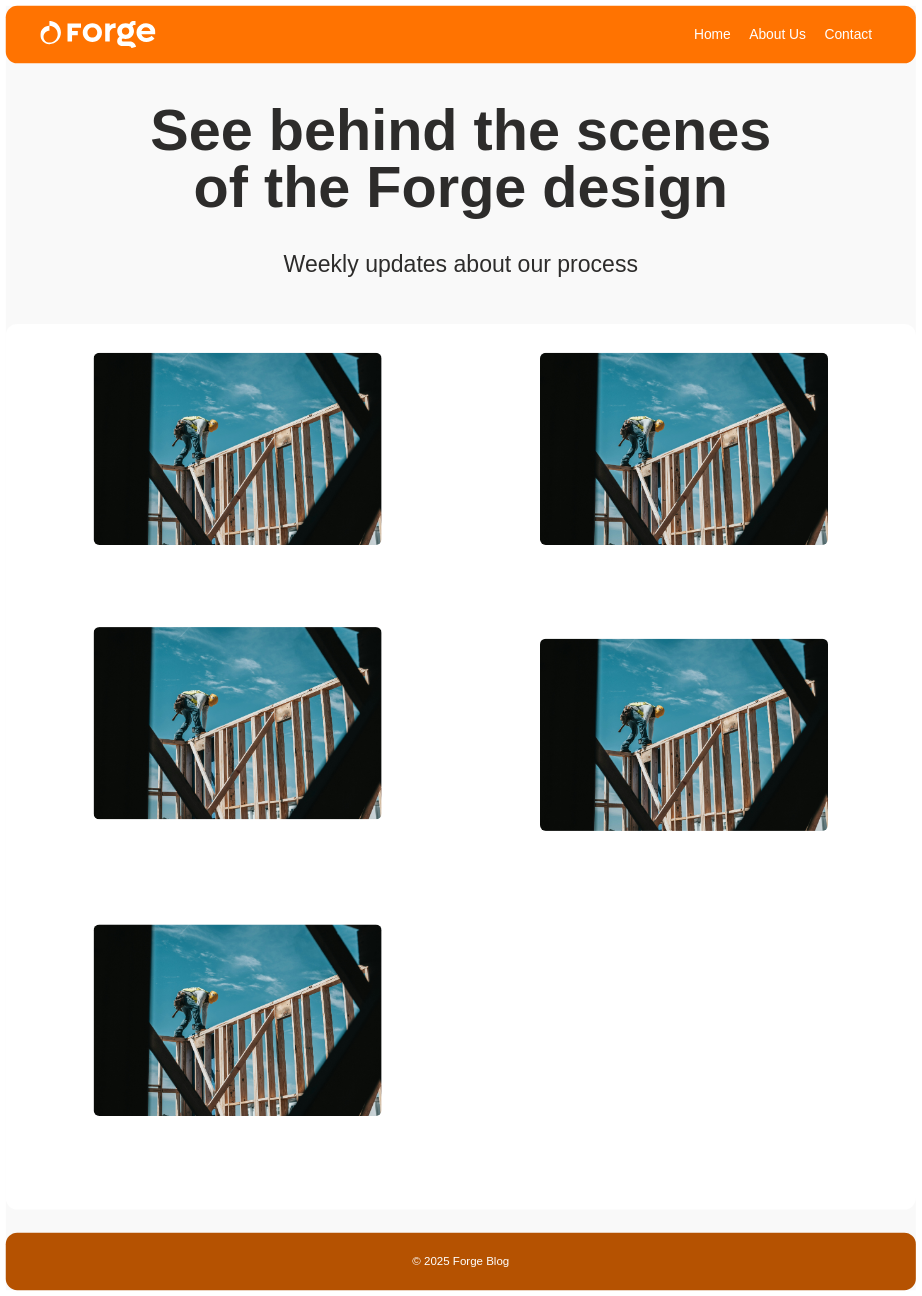
Repository: Forge-IDSP/Blog
Page: /
These files come from the project's save history. The page is drawn as it stood at one moment and after the next save; the edit follows.
The browser window is 1280 px wide. The pictures show the whole page, at 72% of full size.
The project was rebuilt for these pictures with package versions that can differ from the ones it lists, and the page was loaded fresh each time. Also part of the build but not shown: vite.config.js, src/index.css, src/pages/blogpost.module.css, src/pages/week1.jsx, src/pages/week2.jsx, src/pages/week3.jsx, src/pages/week4.jsx, src/pages/week5.jsx and 4 more.

Above is the page before, as saved 2025-10-27 13:04:44.

### index.html
<!DOCTYPE html>
<html lang="en">
    <head>
        <meta charset="UTF-8" />
        <link
            rel="icon"
            type="image/svg+xml"
            href="/vite.svg" />
        <meta
            name="viewport"
            content="width=device-width, initial-scale=1.0" />
        <title>Forge Blog</title>
    </head>
    <body>
        <div id="root"></div>
        <script
            type="module"
            src="/src/main.jsx"></script>
    </body>
</html>

### src/App.jsx
import { BrowserRouter as Router, Routes, Route } from "react-router-dom";
import Home from "./pages/home.jsx";
import Week1 from "./pages/week1.jsx";
import Week2 from "./pages/week2.jsx";
import Week3 from "./pages/week3.jsx";
import Week4 from "./pages/week4.jsx";
import Week5 from "./pages/week5.jsx";
import AboutUs from "./pages/aboutUs.jsx";
import ContactUs from "./pages/contactUs.jsx";

export default function App() {
    return (
        <Router>
            <Routes>
                <Route
                    path='/'
                    element={<Home />}
                />
                <Route
                    path='/week1'
                    element={<Week1 />}
                />
                <Route
                    path='/week2'
                    element={<Week2 />}
                />
                <Route
                    path='/week3'
                    element={<Week3 />}
                />
                <Route
                    path='/week4'
                    element={<Week4 />}
                />
                <Route
                    path='/week5'
                    element={<Week5 />}
                />
                <Route
                    path='/aboutUs'
                    element={<AboutUs />}
                />
                <Route
                    path='/contactUs'
                    element={<ContactUs />}
                />
            </Routes>
        </Router>
    );
}

### src/pages/home.jsx
import Header from "../ui/header/header.jsx";
import Card from "../ui/card/card.jsx";
import Footer from "../ui/footer/footer.jsx";
import cardcontent from "../data/cardcontent.json";

export default function Home() {
    return (
        <div className='page'>
            <Header />
            <h1 className='title'>
                See behind the scenes
                <br /> of the Forge design
            </h1>
            <p className='subtitle'>Weekly updates about our process</p>

            <div className='post_container'>
                {cardcontent.map((item) => (
                    <Card
                        key={item.id}
                        title={item.title}
                        image={item.image}
                        text={item.text}
                        link={item.link}
                    />
                ))}
            </div>

            <Footer />
        </div>
    );
}

### src/ui/header/header.jsx
import style from "./header.module.css";
import { Link } from "react-router-dom";

function Header() {
    return (
        <div className={style.header}>
            <img
                src='/forge-logo.svg'
                alt='Forge Logo'
                className={style.logo}></img>
            <nav className={style.menu}>
                <a
                    className={style.menu_item}
                    href='/'>
                    Home
                </a>
                <Link
                    className={style.menu_item}
                    to='/AboutUs'>
                    About Us
                </Link>

                <Link
                    to='/ContactUs'
                    className={style.menu_item}>
                    Contact
                </Link>
            </nav>
        </div>
    );
}

export default Header;

### src/ui/card/card.jsx
import { Link } from "react-router-dom";
import styles from "./card.module.css";

export default function Card({ title, image, text, link }) {
    return (
        <Link
            to={link}
            className={styles.card}>
            <img
                className={styles.card_image}
                src={image}
                alt={title}
            />
            <h2 className={styles.card_title}>{title}</h2>
            <p className={styles.card_week}>{text}</p>
        </Link>
    );
}

### src/ui/footer/footer.jsx
import styles from "./footer.module.css";

function Footer() {
    const currentYear = new Date().getFullYear();

    return (
        <footer className={styles.footer}>
            <p className={styles.footer__text}>© {currentYear} Forge Blog</p>
        </footer>
    );
}

export default Footer;

### src/data/cardcontent.json
[
    {
        "id": "week1",
        "title": "First Look at Forge",
        "image": "/blog-image1.jpg",
        "text": "Week 1",
        "link": "/week1"
    },
    {
        "id": "week2",
        "title": "ConnectHer and Forge",
        "image": "/blog-image1.jpg",
        "text": "Week 2",
        "link": "/week2"
    },
    {
        "id": "week3",
        "title": "Competitive Analysis and Development Framework",
        "image": "/blog-image1.jpg",
        "text": "Week 3",
        "link": "/week3"
    },
    {
        "id": "week4",
        "title": "Advising and Re-Ideation ",
        "image": "/blog-image1.jpg",
        "text": "Week 4",
        "link": "/week4"
    },
    {
        "id": "week5",
        "title": "User Research , Development Framework and Wireframing ",
        "image": "/blog-image1.jpg",
        "text": "Week 5",
        "link": "/week5"
    }
]

### src/App.css
#root {
    /* ----- COLORS ----- */
    --primary-50: #fff1e6;
    --primary-100: #ffd4b0;
    --primary-200: #ffbf8a;
    --primary-300: #ffa155;
    --primary-400: #ff8f34;
    --primary-500: #ff7301;
    --primary-600: #e86901;
    --primary-700: #b55201;
    --primary-800: #8c3f01;
    --primary-900: #6b3000;

    --secondary-50: #eefae6;
    --secondary-100: #cbefb1;
    --secondary-200: #b2e88b;
    --secondary-300: #8fdd55;
    --secondary-400: #79d635;
    --secondary-500: #58cc02;
    --secondary-600: #50ba02;
    --secondary-700: #3e9101;
    --secondary-800: #86967a;
    --secondary-900: #255601;

    /* -- neutral colors -- */

    --offwhite-500: #f9f9f9;
    --white: #ffffff;
    --black-50: #eaeaea;
    --black-100: #bebebd;
    --black-200: #9e9e9d;
    --black-300: #727271;
    --black-400: #575655;
    --black-500: #2d2c2b;

    /* ----- FONT -----  */
    --font-family: "Nunito Sans", sans-serif;
}

.root {
    background-color: var(--offwhite-500);
}
.page {
    margin: 0 auto;
    padding: 1rem;
    text-align: center;
    height: 100%;
    margin: 0;
    padding: 0;
    background-color: var(--offwhite-500);
    display: flex;
    flex-direction: column;
    font-family: var(--font-family);
}

.title {
    font-size: 5rem;
    color: var(--black-500);
    line-height: 5rem;
    margin-bottom: 1rem;
}

.subtitle {
    font-size: 2rem;
    color: var(--black-500);
}

.post_container {
    display: grid;
    grid-template-columns: repeat(3, 1fr);
    gap: 2rem;
    background-color: var(--white);
    padding: 3rem;
    border-radius: 16px;
    align-items: center;
    justify-content: center;
    justify-items: center;
    margin-bottom: 2rem;
    margin-top: 2rem;
}

/* Tablet: 2 columns */
@media (max-width: 1300px) {
    .post_container {
        grid-template-columns: repeat(2, 1fr);
        padding: 1.5rem;
        gap: 1.5rem;
    }
}

/* Mobile: 1 column */
@media (max-width: 600px) {
    .post_container {
        grid-template-columns: 1fr;
        padding: 1rem;
        gap: 1rem;
    }
}

### src/ui/header/header.module.css
.header {
    background-color: var(--primary-500);
    display: flex;
    justify-content: space-between;
    align-items: center;
    padding: 1rem 3rem;
    border-radius: 16px;
}

.logo {
    width: 10rem;
}

.menu {
    display: flex;
    gap: rem;
}

.menu_item {
    font-size: 1.2rem;
    text-decoration: none;
    color: var(--white);
    font-family: var(--font-family);
    padding: 0.8rem;
}

.menu_item:hover {
    font-weight: bold;
    padding: 0.8rem;
    border-radius: 8px;
}

### src/ui/card/card.module.css
.card {
    background-color: var(--grey);
    padding: 1rem;
    border-radius: 16px;
    display: flex;
    flex-direction: column;
    align-items: start;
    width: 400px;
    text-decoration: none;
}

.card:hover {
    transform: scale(1.03);
    background-color: var(--color-primary-dark);
}

.card_image {
    width: 400px;
    height: auto;
    border-radius: 8px;
    margin-bottom: 8px;
}

.card_title {
    font-size: 28px;
    text-align: start;
    margin: 0;
    color: var(--white);
}

a:visited .card_title {
    color: var(--white);
}

.card_week {
    font-size: 16px;
    margin: 0;
    color: var(--white);
}

### src/ui/footer/footer.module.css
.footer {
    width: 100%;
    height: 5em;
    display: flex;
    justify-content: center;
    align-items: center;
    background-color: var(--primary-700);
    margin-top: auto;
    border-radius: 16px;
}

.footer__text {
    color: var(--white);
    font-size: 16px;
    text-align: center;
    margin: 0;
}

Loaded but not shown: src/main.jsx (common file)

After the next save:
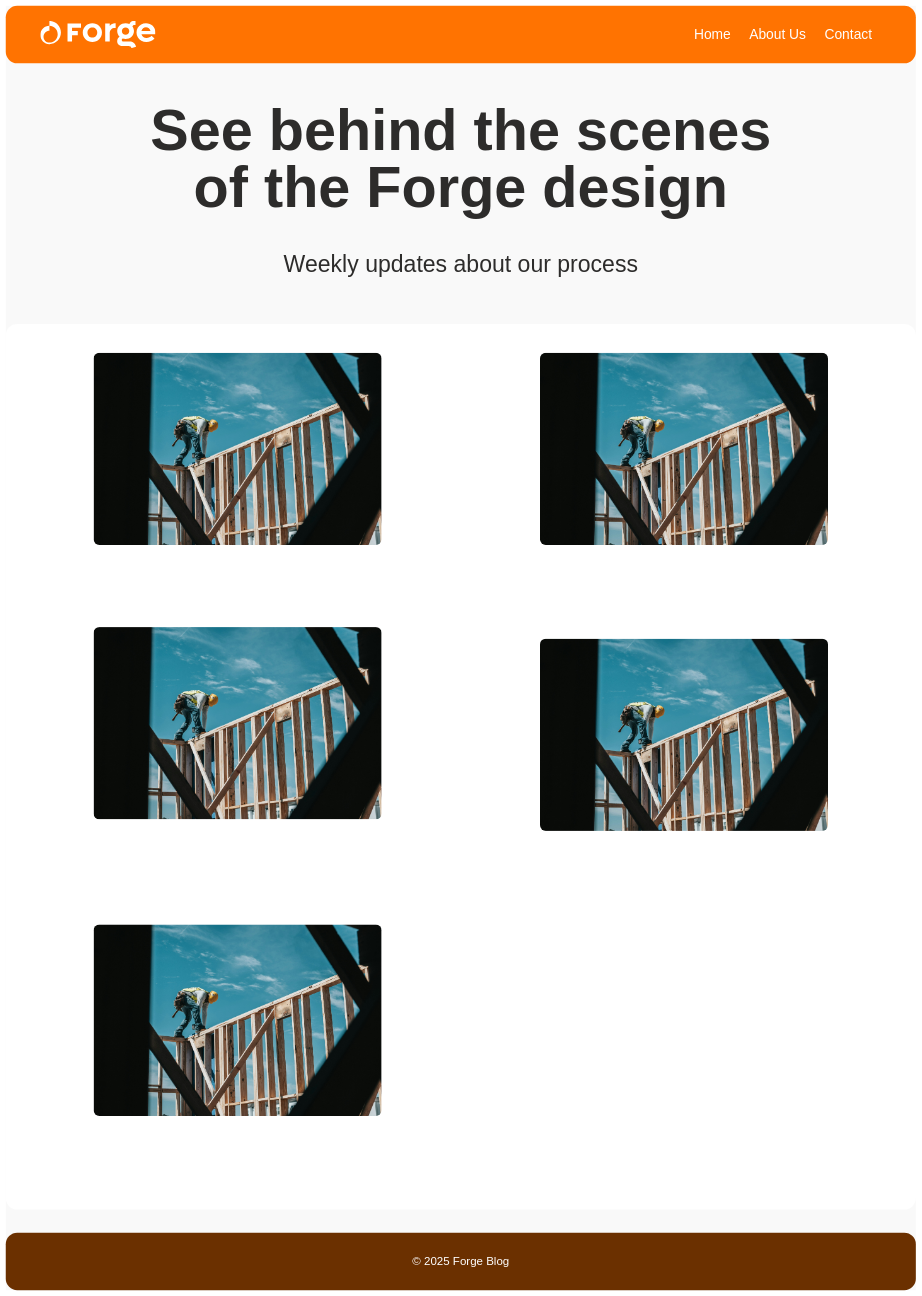
Saved 5 s later.
--- a/src/ui/footer/footer.module.css
+++ b/src/ui/footer/footer.module.css
@@ -4,7 +4,7 @@
     display: flex;
     justify-content: center;
     align-items: center;
-    background-color: var(--primary-700);
+    background-color: var(--primary-900);
     margin-top: auto;
     border-radius: 16px;
 }
